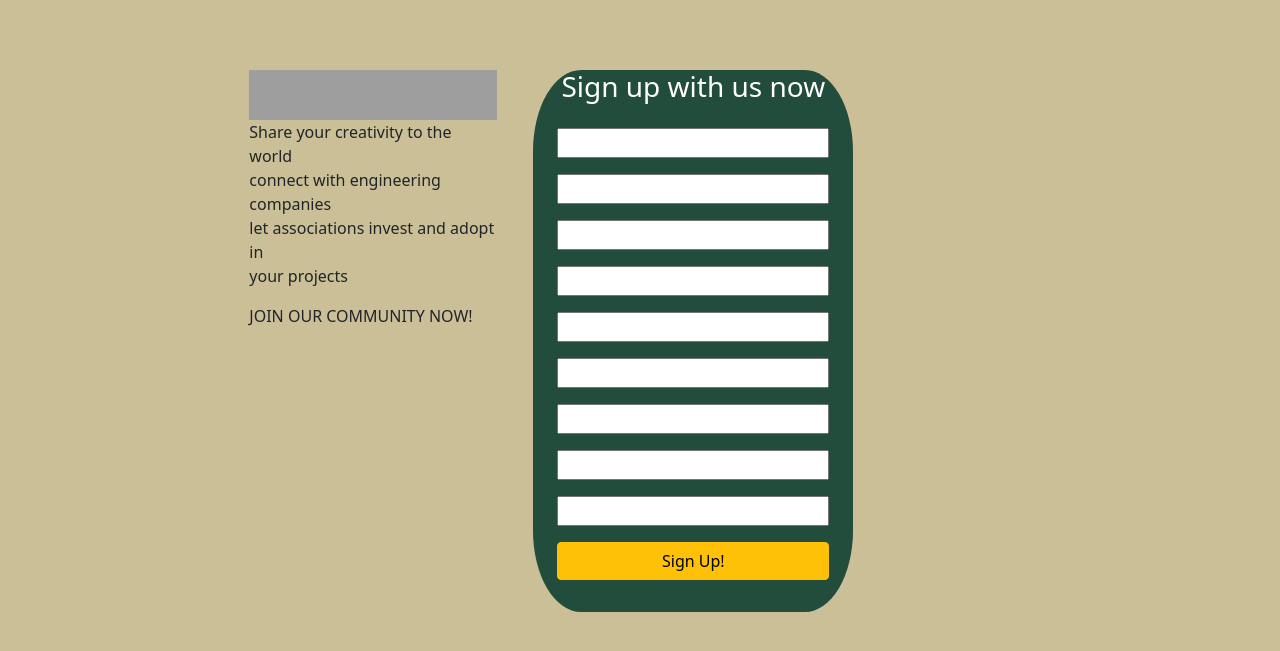
Repository: ahmadjamal-1997/Project-Taqadam
Page: http://localhost/Taqadam/WEB-INF/registrationstudent.jsp
The author's editor kept a copy of each file at every save. The page is drawn from the files as they stood at one save, then again after the next save.
The browser window is 1280 px wide. The pictures show the whole page.
Pictures or frames that could not be fetched are drawn as grey boxes. The page is served by Tomcat 9. Nobody is signed in. Other server files are loaded and not shown. The template is opened directly, without the code that normally fills it, so the values that code supplies are empty.

Above is the page before, as saved 2022-03-31 08:29:53.

### Taqadam-new/Taqadam-java/Taqadam-new/Taqadam/src/main/webapp/WEB-INF/registrationstudent.jsp
<%@ page language="java" contentType="text/html; charset=UTF-8"
    pageEncoding="UTF-8"%>
<%@ taglib prefix="c" uri="http://java.sun.com/jsp/jstl/core" %>
<%@ taglib prefix="form" uri="http://www.springframework.org/tags/form" %>
<%@ page isErrorPage="true" %>
<!DOCTYPE html PUBLIC "-//W3C//DTD HTML 4.01 Transitional//EN" "http://www.w3.org/TR/html4/loose.dtd">
<html>
<head>
<meta http-equiv="Content-Type" content="text/html; charset=UTF-8">
<title>Registration Page</title>
<link href="https://cdn.jsdelivr.net/npm/bootstrap@5.1.3/dist/css/bootstrap.min.css" rel="stylesheet" integrity="sha384-1BmE4kWBq78iYhFldvKuhfTAU6auU8tT94WrHftjDbrCEXSU1oBoqyl2QvZ6jIW3" crossorigin="anonymous">
<style>
        img{
            max-height: 50px;
        }
        .form{
            border-radius: 15%;
             display: flex;
             flex-direction: column;

             align-items: center;
             background-color: #224c3c;
        }
        .par{
        display:flex;
        justify-content:space-between;
        }
    </style>
</head>
<body>
   <body style="background-color: #cbbf98;">
    <div class="container-fluid" >
        <div class="row" style="height: 70px;">
        </div>
        <div class="row">
            <div class="col-2"></div>
            <div class="col-3">
            <div class="container">
            	<div class="row">
                <img src="/photo/taqdam-01.png" alt="logo">
                </div>
                <p class="par">Share your creativity to the world<br>connect with engineering companies<br>
                let associations invest and adopt in<br>your projects</p>
                <p class="par">JOIN OUR COMMUNITY NOW!</p>
                <p><i class="bi bi-github"></i></p>
            </div>
            </div>
            <div class="col-3 form">
                    <h3 style="color: white;">Sign up with us now</h3>

                <div class="container">
                <form:form method="POST" action="/registration/student" modelAttribute="user">
                    <p><form:errors path="user.*"/></p>

                    <div class="row mb-3">

                            <form:input palceholder="First Name" path="firstName"/>

                    </div>
                    <div class="row mb-3">

                            <form:input palceholder="Last Name" path="lastName"/>

                    </div>
                    <div class="row mb-3">

                            <form:input palceholder="Email" path="email"/>

                    </div>
                    <div class="row mb-3">

                            <form:input palceholder="phone" path="phone"/>

                    </div>
                    <div class="row mb-3">

                       <form:input palceholder="university" path="university"/>

                    </div>
                    <div class="row mb-3">

                        <form:input palceholder="field" path="field"/>

                    </div>
                    <div class="row mb-3">

                         <form:input palceholder="bio" path="bio"/>

                    </div>
                    <div class="row mb-3">

                         <form:input palceholder="password" path="password"/>

                    </div>
                    <div class="row mb-3">

                         <form:input palceholder="confirm" path="confirm"/>

                    </div>
                    <div class="row mb-3">
                    <input type="submit" class="btn btn-warning mb-3" value="Sign Up!"/>
                    </div>
                    </div>
                </form:form>
            </div>
        </div>
    </div>
</body>
</html>

After the next save:
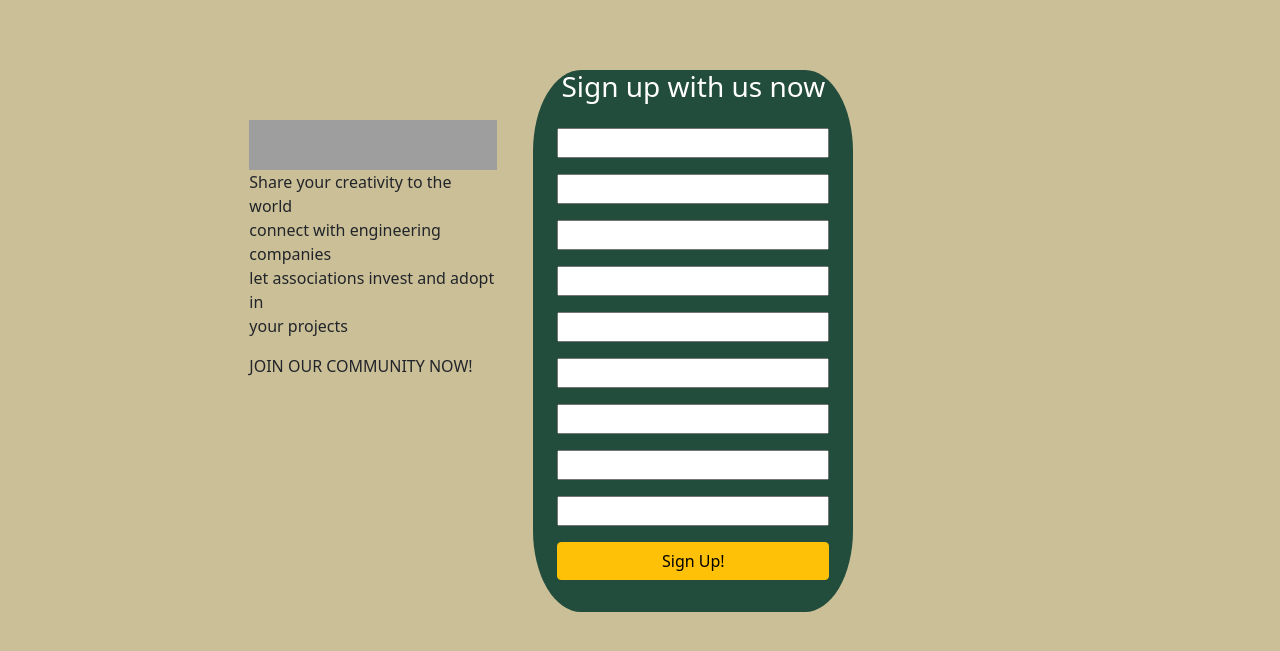
Saved 113 s later.
--- a/Taqadam-new/Taqadam-java/Taqadam-new/Taqadam/src/main/webapp/WEB-INF/registrationstudent.jsp
+++ b/Taqadam-new/Taqadam-java/Taqadam-new/Taqadam/src/main/webapp/WEB-INF/registrationstudent.jsp
@@ -36,6 +36,8 @@
             <div class="col-2"></div>
             <div class="col-3">
             <div class="container">
+            <div class="row" style="height:50px;">
+            </div>
             	<div class="row">
                 <img src="/photo/taqdam-01.png" alt="logo">
                 </div>
